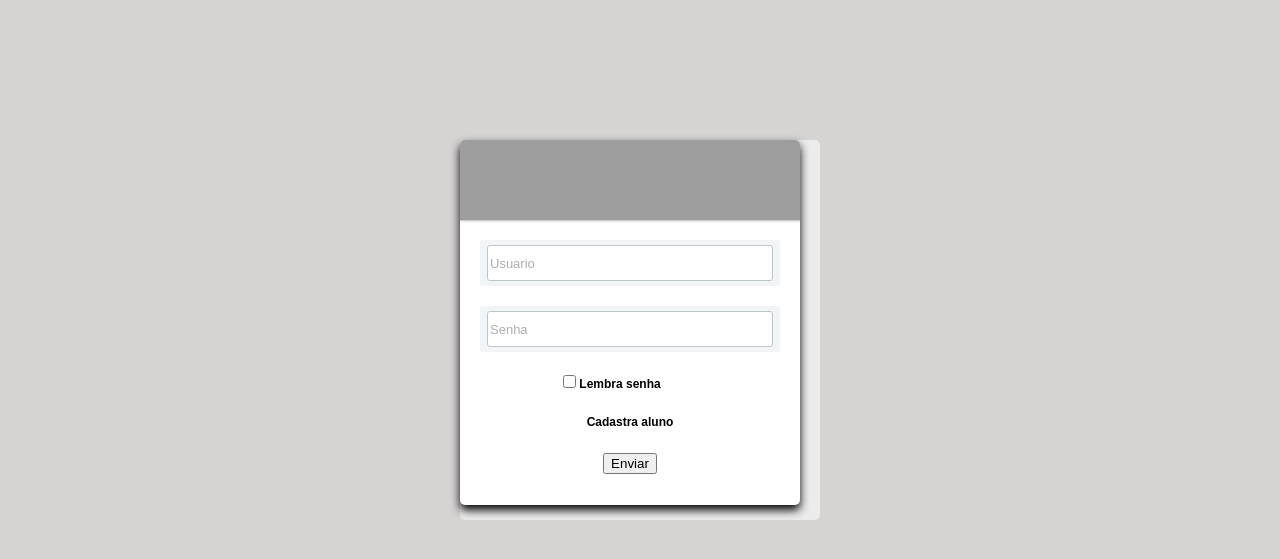
Repository: luisjonson/ProjetoWebAcademia
Page: http://localhost/RepositorioWebProject/Login.jsp
The author's editor kept a copy of each file at every save. The page is drawn from the files as they stood at one save, then again after the next save.
The browser window is 1280 px wide. The pictures show the whole page.
Pictures or frames that could not be fetched are drawn as grey boxes. The page is served by Tomcat 9. Other server files are loaded and not shown.

Above is the page before, as saved 2017-04-10 02:01:21.

### Projeto_Web/RepositorioWebProject/WebContent/Login.jsp
<%@ page language="java" contentType="text/html; charset=utf-8"
	pageEncoding="ISO-8859-1"%>
<!DOCTYPE
 html PUBLIC "-//W3C//DTD HTML 4.01 Transitional//EN" "http://www.w3.org/TR/html4/loose.dtd">
<html>
<head>

</head>

<title>Login</title>

<style type="text/css" >

body {
	background-color: #D6D3D3;
}

#login-box {
	background-color: #ECECEC;
	width: 360px;
	height: 380px;
	margin: 140px auto 0px;
	border-radius: 5px;

}

#login-box-interno {
	width: 340px;
	height: 365px;
	background-color:white;
	position: absolute;
	border-radius: 5px;
	box-shadow: 0px 5px 10px black;
	overflow: hidden;
}

#login-box-label {
	background-color:#D6D3D3;
	height:80px;
	text-align:center;
    font:bold 12px/12px sans-serif;
    border-top-left-radius:5px;
    border-top-right-radius:5px;
    border-bottom:1px solid #cccccc;
    box-shadow:1px 0px 3px #ccc4c5;
}

#imagens{
	max-width: 800px;
}

.input-div{

	margin: 20px;
	padding: 5px;
   background-color:#f2f5f7;

	border-radius: 3px;
}

.input-div input{

	width: 280px;
	height: 32px;
	padding-left: 2px;
	font: normal 13px sans-serif;
	color: #aeaeae;
	border-radius: 3px;
	border: 1px solid #bfc4c6;
    outline:none;
}

.input-div:hover{
	background-color: #8C8C8A;
}

.input-div:hover input{
	border-color: #797B79
}
.input-senha{
  margin-top:-10px;
  }

  #botoes{
    width:280px;
    margin-left:10px;
  }

 /* #botao{
    float:right;
    background-color:;
    padding:5px 15px;
    font:bold 12px sans-serif;
    border-radius:20px;
    text-shadow:0px 1px 0px white;
    border:1px solid #9eb9c3;
  }
  */
  #CadastraAluno{
    font:bold 12px sans-serif;

     margin-left:40px;
  }

</style>
<body>
	<div id="login-box">

		<div id="login-box-interno">

			<div id="login-box-label">

				<div id=imagens><img alt="Smart Fit" src="C:\Users\nano\workspace\ProjetoWebAcademia\Projeto_Web\RepositorioWebProject\WebContent\Imagem\Smart.png" width="340" height="80"/></div>

				<div class="input-div" id="input-usuario">
					<input type="text" value="Usuario">
				</div>

				<div class="input-div" id="input-senha">
					<input type="text" value="Senha">
				</div>

                <div id="botoes">

                  <div id="lembra-senha"><input type="checkbox"/>Lembra senha</div><br><br>
                  <div id="CadastraAluno">Cadastra aluno</div>
                  </div><br><br>
                   <div id="botao" ><input type="submit" name="enviar" value="Enviar"></div>
              </div>
         </div>
	</div>




</body>
</html>

After the next save:
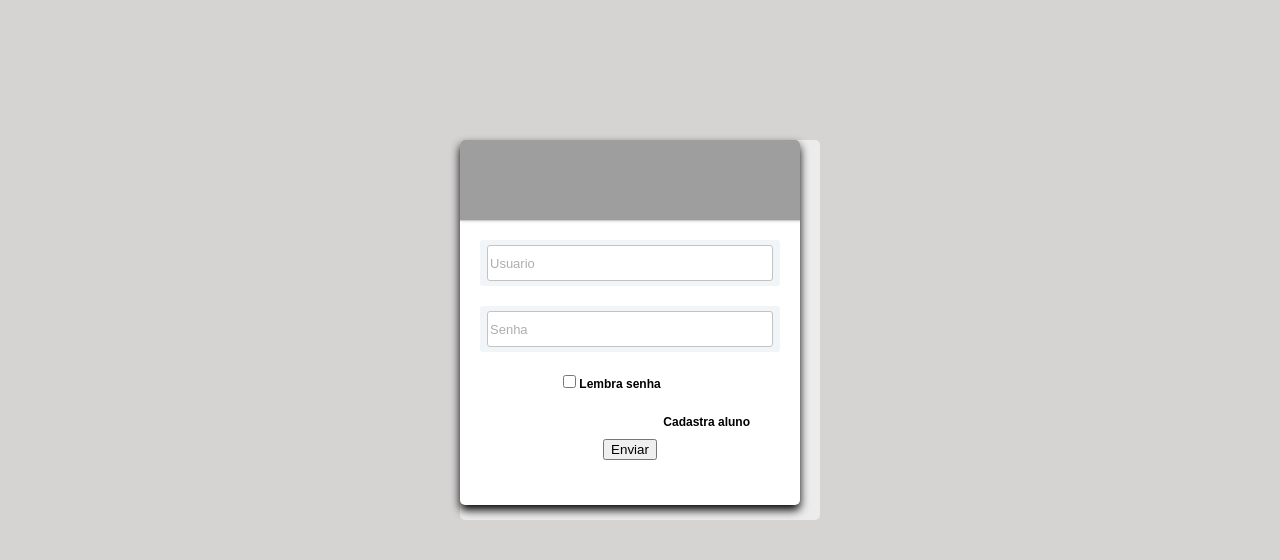
Saved 65 s later.
--- a/Projeto_Web/RepositorioWebProject/WebContent/Login.jsp
+++ b/Projeto_Web/RepositorioWebProject/WebContent/Login.jsp
@@ -98,8 +98,8 @@ body {
   */
   #CadastraAluno{
     font:bold 12px sans-serif;
-
-     margin-left:40px;
+     float:right;
+     margin-left:right;
   }
 
 </style>
@@ -124,7 +124,7 @@ body {
 
                   <div id="lembra-senha"><input type="checkbox"/>Lembra senha</div><br><br>
                   <div id="CadastraAluno">Cadastra aluno</div>
-                  </div><br><br>
+                  </div><br><br
                    <div id="botao" ><input type="submit" name="enviar" value="Enviar"></div>
               </div>
          </div>
